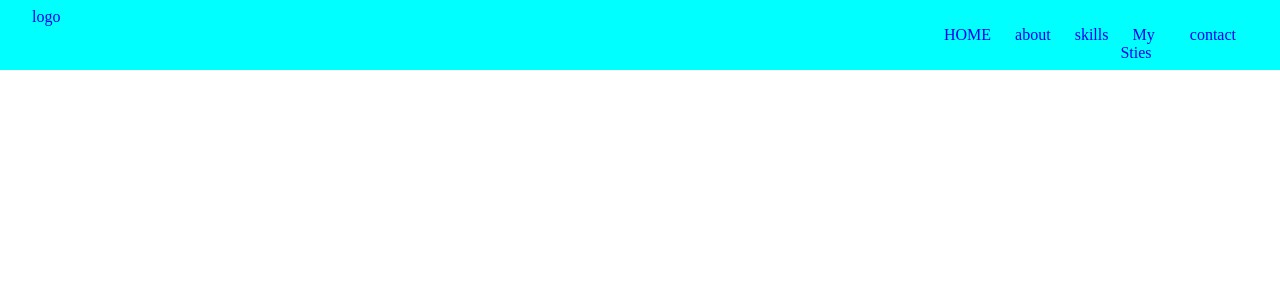
Repository: jun01270/jun
Page: index.html
An editor plug-in stored every save of this project. The page is shown before and after the next save, followed by the edit.
The browser window is 1280 px wide. The pictures show the whole page.

Above is the page before, as saved 2023-05-08 15:41:35.

After the next save:
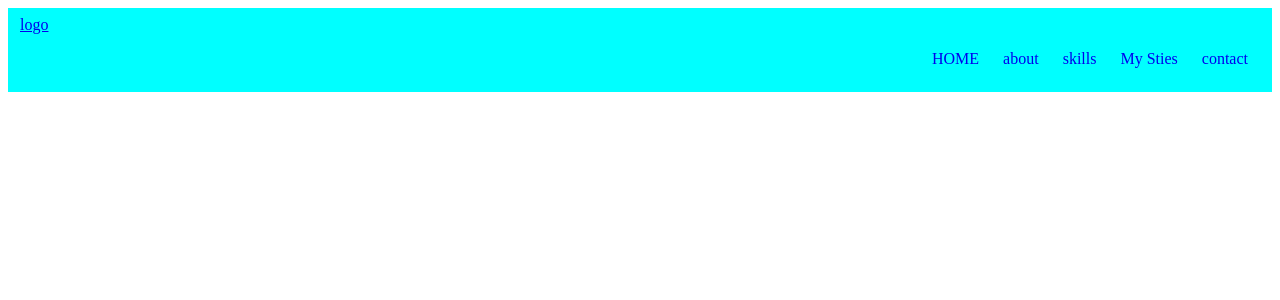
Saved 17 s later.
--- a/main.css
+++ b/main.css
@@ -1,22 +1,5 @@
-*{
-    margin: 0;
-    padding: 0;
-    box-sizing: border-box;
-    text-decoration: none;
-}
-
-.home .about .skills .my-sites .contact{
-    padding-top: 86px;
-}
-
 html{
     scroll-behavior: smooth;
-}
-
-.max-width{
-    max-width: 1300px;
-    padding: 0 20px;
-    margin: auto;
 }
 
 .navbar{
